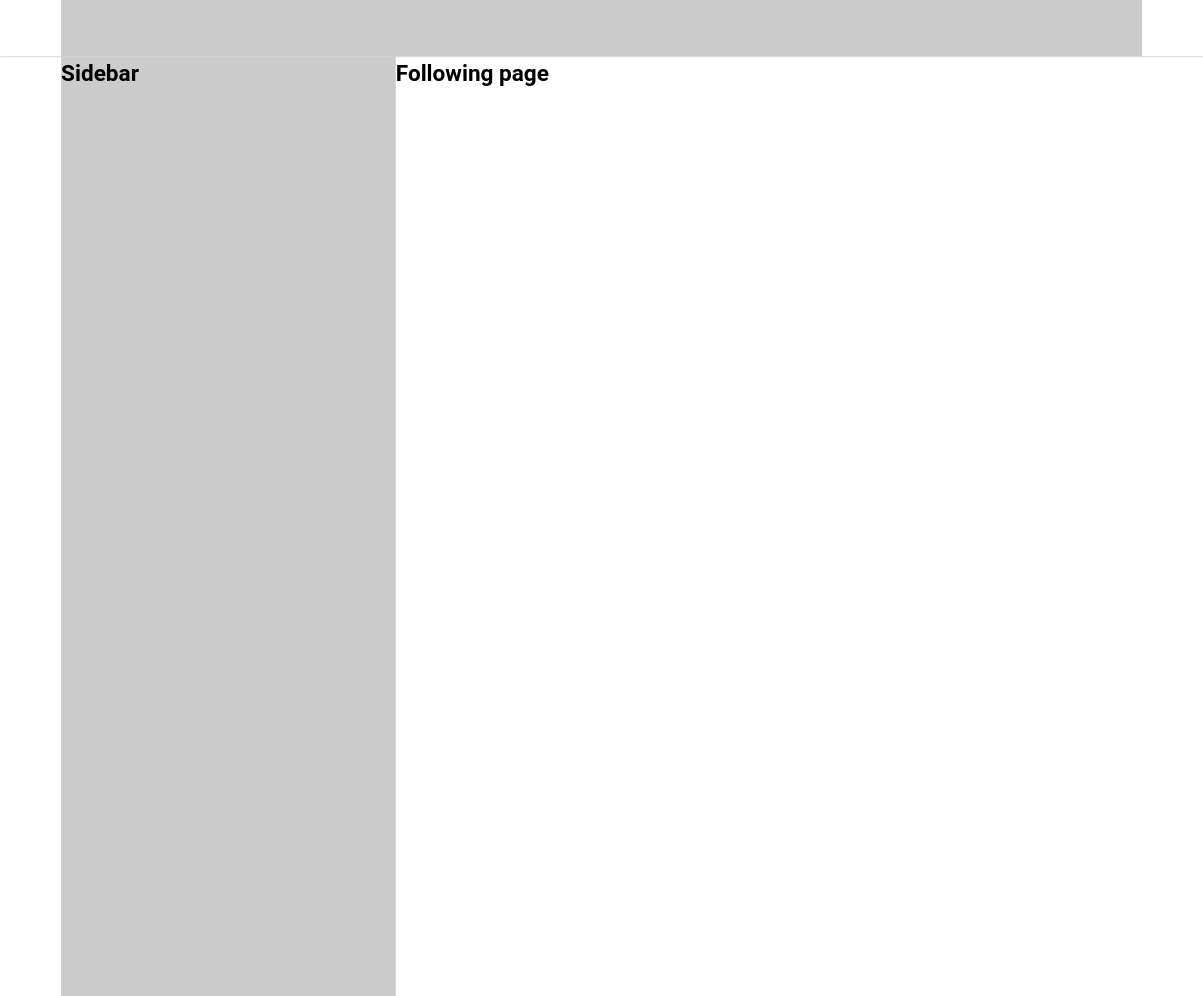
Repository: ynguyen1512/tiktok-ui
Page: /following
The author's editor kept a copy of each file at every save. The page is drawn from the files as they stood at one save, then again after the next save.
The browser window is 1280 px wide. The pictures show the whole page, at 94% of full size.
The project was rebuilt for these pictures with package versions that can differ from the ones it lists, and the page was loaded fresh each time. Also part of the build but not shown: src/pages/Home/index.js, src/pages/Profile/index.js, src/pages/Upload/index.js, src/pages/Search/index.js. Imported but missing from the stored project, and not drawn on this page: src/components/Layout/HeaderOnly.

Above is the page before, as saved 2023-07-29 20:39:03.

After the next save:
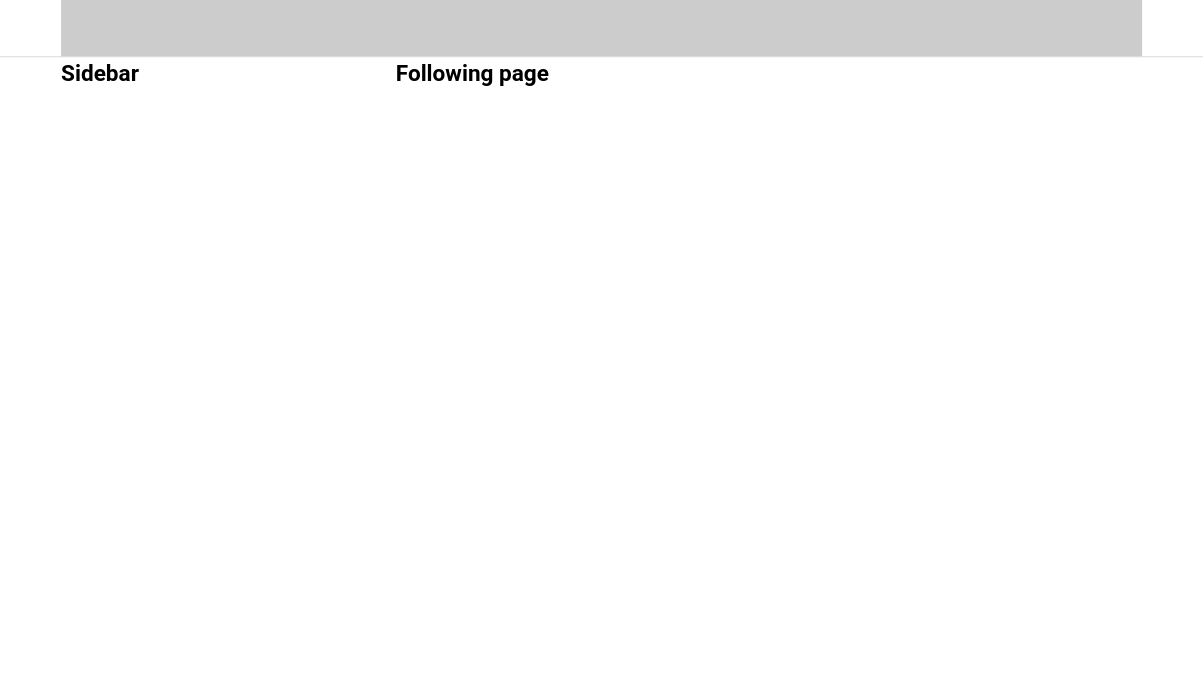
Saved 14 s later.
--- a/src/components/Layout/DefaultLayout/SideBar/SideBar.module.scss
+++ b/src/components/Layout/DefaultLayout/SideBar/SideBar.module.scss
@@ -1,5 +1,3 @@
 .wrapper {
     width: 356px;
-    min-height: 1000px;
-    background: #ccc;
 }
